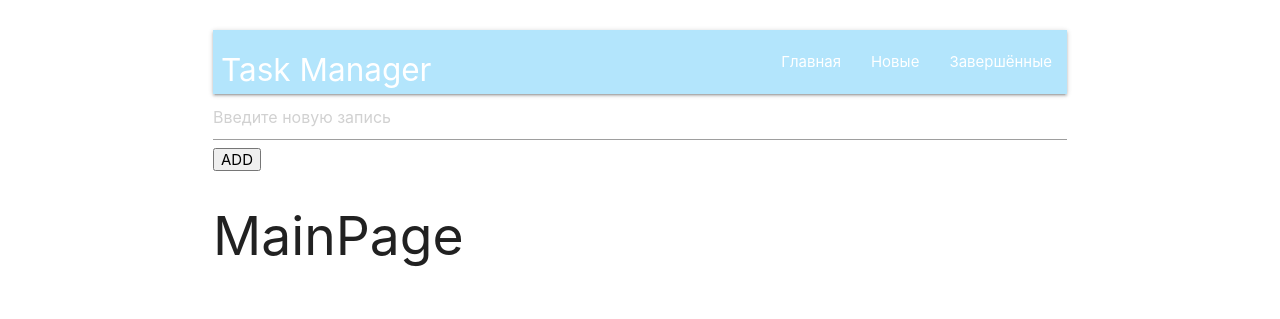
Repository: iveivs/myReactTaskManager
Page: /
These files come from the project's save history. The page is drawn as it stood at one moment and after a run of saves; the edit follows.
The browser window is 1280 px wide. The pictures show the whole page.
The project was rebuilt for these pictures with package versions that can differ from the ones it lists, and the page was loaded fresh each time. Also part of the build but not shown: vite.config.js, src/components/DoneTasks.jsx, src/components/NewTasks.jsx.

Above is the page before, as saved 2024-02-12 10:53:19.

### index.html
<!doctype html>
<html lang="en">
  <head>
    <meta charset="UTF-8" />
    <link rel="icon" type="image/svg+xml" href="/vite.svg" />
    <meta name="viewport" content="width=device-width, initial-scale=1.0" />
    <link rel="stylesheet" href="https://cdnjs.cloudflare.com/ajax/libs/materialize/1.0.0/css/materialize.min.css">
    <link href="https://fonts.googleapis.com/icon?family=Material+Icons" rel="stylesheet">
    <title>Task Manager</title>
  </head>
  <body>
    <div id="root"></div>
    <script type="module" src="/src/main.jsx"></script>
  </body>
</html>

### src/main.jsx
import React from 'react'
import ReactDOM from 'react-dom/client'
import { BrowserRouter } from 'react-router-dom';
import App from './App.jsx'
import './index.css'

ReactDOM.createRoot(document.getElementById('root')).render(
  <BrowserRouter>
    <App />
  </BrowserRouter>,
)

### src/App.jsx
import { useState } from 'react'
import { Routes, Route } from 'react-router-dom'
import './App.css'
import DoneTasks from './components/DoneTasks'
import Header from './components/Header'
import MainPage from './components/MainPage'
import NewTasks from './components/NewTasks'

function App() {
  const [input, setInput] = useState('')
  const [tasks, setTasks] = useState([])

  const handleChance = (event) => {
    setInput(event.target.value)
    console.log('target',event.target.value);
    console.log('input',input);
  }

  const handleClick = () => {
    setTasks([...tasks, input])
    console.log('click');
    console.log(tasks);
    setInput('')
  }

  return (
    <>
      <div className="container">
        <Header  />
        <input
          placeholder='Введите новую запись'
          className='inputMain'
          value={input}
          onChange={(e) => handleChance(e)}
          type="text" />
        <button onClick={handleClick}>ADD</button>
        <Routes>
          <Route index element={<MainPage />} />
          <Route path="/new" element={<NewTasks />} />
          <Route path="/done" element={<DoneTasks  />} />
        </Routes>

        { input && <h4>{input}</h4> }
        { tasks && (
          tasks.map(e => <p key={e}>task: {e}</p>)
        )}
      </div>

    </>
  )
}

export default App

### src/index.css
/* .inputMain {
    border-bottom: 1px solid #000 !important;
} */

.nav-wrapper {
    padding-left: 8px;
}

### src/App.css
#root {
  max-width: 1280px;
  margin: 0 auto;
  padding: 2rem;

}

### src/components/Header.jsx
import { Link } from "react-router-dom";

export default function Header() {
    return (
        <nav className="light-blue lighten-4">
            <div className="nav-wrapper">
                <h4 className="brand-logo">
                    Task Manager
                </h4>
                <ul id="nav-mobile" className="right hide-on-med-and-down">
                    <li>
                        <Link to="/">Главная</Link>
                    </li>
                    <li>
                        <Link to="/new">Новые</Link>
                    </li>
                    <li>
                        <Link to="/done">Завершённые</Link>
                    </li>
                </ul>
            </div>
        </nav>
    );
}

### src/components/MainPage.jsx
export default function MainPage () {
    return (
        <div>
            <h2>MainPage</h2>
        </div>
    )
}

After the next 2 saves:
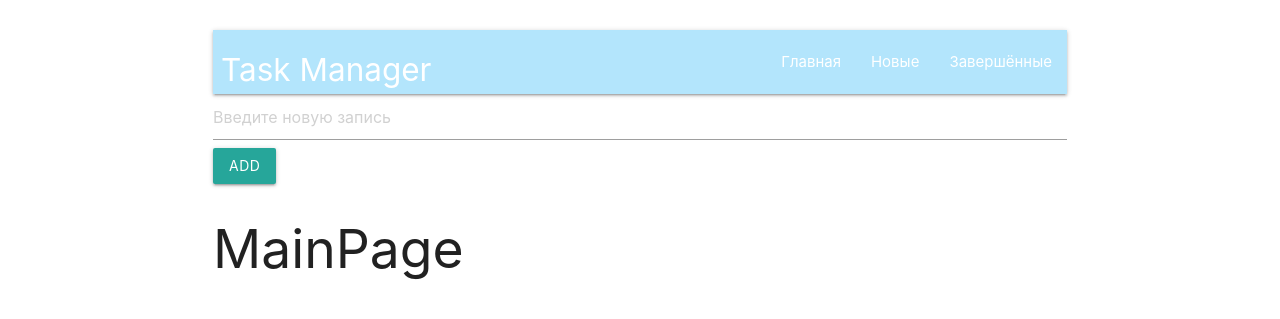
The 2 saves are shown as one change because they came seconds apart.
The last was saved 56 s later.
--- a/src/App.jsx
+++ b/src/App.jsx
@@ -33,7 +33,7 @@ function App() {
           value={input}
           onChange={(e) => handleChance(e)}
           type="text" />
-        <button onClick={handleClick}>ADD</button>
+        <button className='btn' onClick={handleClick}>ADD</button>
         <Routes>
           <Route index element={<MainPage />} />
           <Route path="/new" element={<NewTasks />} />
